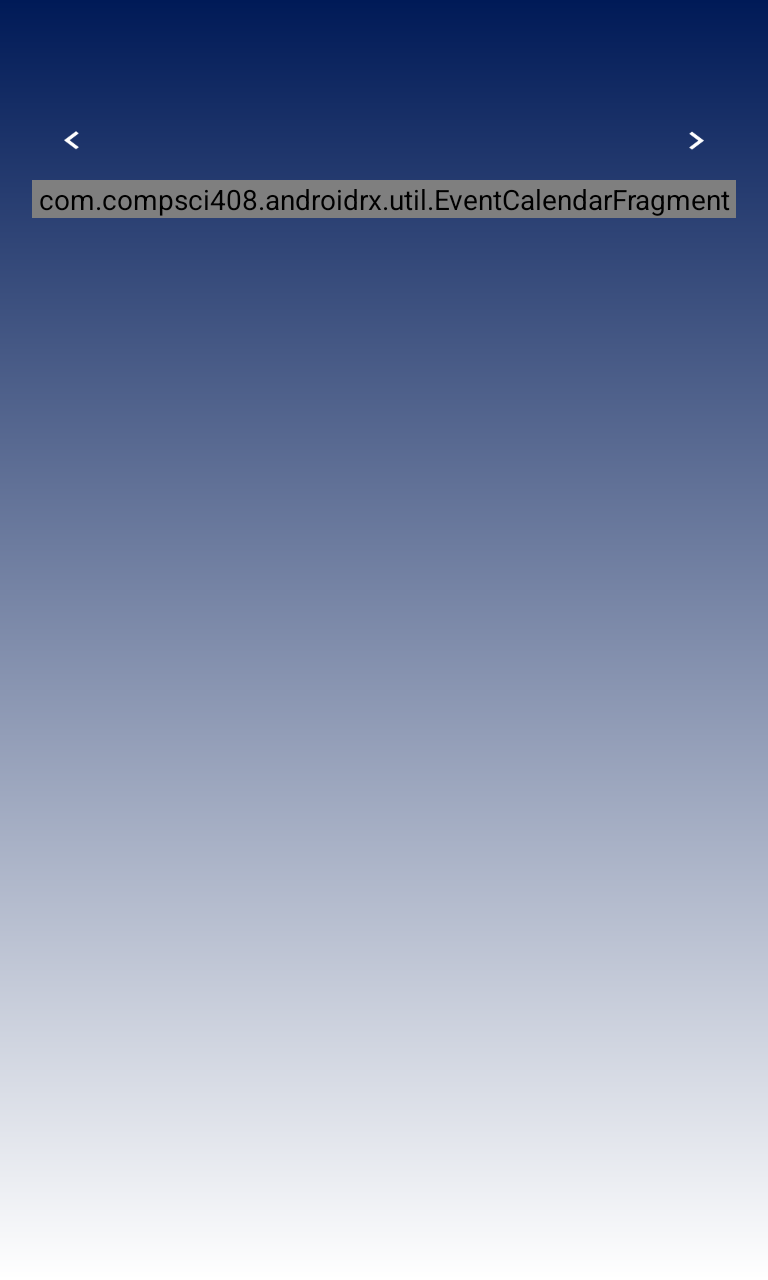
Repository: duke-compsci408-fall2014/GlassRx
Layout: AndroidRx/res/layout/activity_provider_medication.xml
These files come from the project's save history. The layout is drawn as it stood at one moment and after the next save; the edit follows.
Pictures or frames that could not be fetched are drawn as grey boxes. It is drawn on a 768 x 1280 px phone screen (xhdpi) without system bars, with theme AppTheme; the app's code is not run. The app's manifest (not shown) leaves right-to-left support off. So textAlignment, textDirection and layoutDirection are ignored, and left and right values win over start and end ones.

Above is the layout before, as saved 2014-12-08 22:31:26.

### AndroidRx/res/layout/activity_provider_medication.xml
<RelativeLayout xmlns:android="http://schemas.android.com/apk/res/android"
    xmlns:tools="http://schemas.android.com/tools"
    android:layout_width="match_parent"
    android:layout_height="match_parent"
    android:paddingBottom="@dimen/activity_vertical_margin"
    android:paddingLeft="@dimen/activity_horizontal_margin"
    android:paddingRight="@dimen/activity_horizontal_margin"
    android:paddingTop="@dimen/activity_vertical_margin"
    tools:context="com.compsci408.androidrx.provider.ProviderMedicationActivity"
    android:orientation="vertical" >

    <TextView
        android:id="@+id/textview_med_name"
        android:layout_width="wrap_content"
        android:layout_height="wrap_content"
        android:layout_alignParentLeft="true"
        android:layout_alignParentStart="true"
        android:textColor="@color/white"
        android:textAppearance="?android:attr/textAppearanceLarge"
        android:layout_marginBottom="10dp" />

    <TextView
        android:id="@+id/textview_calendar_header"
        android:layout_width="wrap_content"
        android:layout_height="wrap_content"
        android:layout_centerHorizontal="true"
        android:layout_below="@+id/textview_med_name"
        android:textColor="@color/white"
        android:textAppearance="?android:attr/textAppearanceMedium"
        android:layout_marginBottom="10dp" />

    <RelativeLayout
        android:id="@+id/layout_previous_month"
        android:layout_width="40dip"
        android:layout_height="30dip"
        android:layout_alignParentLeft="true"
        android:layout_alignParentStart="true"
        android:layout_below="@+id/textview_med_name" >

        <ImageView
            android:layout_width="wrap_content"
            android:layout_height="wrap_content"
            android:layout_centerInParent="true"
            android:contentDescription="@null"
            android:background="@drawable/ic_arrow_left" />
    </RelativeLayout>

<!--     <TextView
        android:id="@+id/title"
        android:layout_width="wrap_content"
        android:layout_height="wrap_content"
        android:layout_centerHorizontal="true"
        android:layout_marginTop="5dip"
        android:textColor="@color/white"
        android:textSize="18sp"
        android:textStyle="bold" /> -->

    <RelativeLayout
        android:id="@+id/layout_next_month"
        android:layout_width="40dip"
        android:layout_height="30dip"
        android:layout_alignParentRight="true"
        android:layout_alignParentEnd="true"
        android:layout_below="@+id/textview_med_name" >

        <ImageView
            android:layout_width="wrap_content"
            android:layout_height="wrap_content"
            android:layout_centerInParent="true"
            android:contentDescription="@null"
            android:background="@drawable/ic_arrow_right" />
    </RelativeLayout>

    <com.compsci408.androidrx.util.EventCalendarFragment
        android:id="@+id/gridview_calendar"
        android:layout_below="@+id/textview_calendar_header"
        android:layout_width="fill_parent"
        android:layout_height="wrap_content"
        android:layout_gravity="center_horizontal"
        android:listSelector="@android:color/transparent"
        android:numColumns="7"
        android:stretchMode="columnWidth" />

    <LinearLayout
        android:id="@+id/layout_day_events"
        android:layout_below="@+id/gridview_calendar"
        android:layout_width="match_parent"
        android:layout_marginLeft="5dp"
        android:layout_marginRight="5dp"
        android:layout_height="wrap_content"
        android:orientation="vertical">
    </LinearLayout>



</RelativeLayout>

### AndroidRx/res/drawable/gradient_background.xml
<?xml version="1.0" encoding="utf-8"?>
<shape xmlns:android="http://schemas.android.com/apk/res/android" >
    <gradient
            android:angle="90"
            android:endColor="@color/duke_blue"
            android:startColor="@color/white"
            android:type="linear" >
     </gradient>
</shape>

### AndroidRx/res/drawable/custom_listview.xml
<?xml version="1.0" encoding="utf-8"?>
<shape xmlns:android="http://schemas.android.com/apk/res/android" >

    <solid android:color="@color/light_gray"/>
    <stroke android:color="@color/dark_gray" android:width="2dp" />
    <corners
     	android:bottomRightRadius="2dp"
     	android:bottomLeftRadius="2dp"
  		android:topLeftRadius="2dp"
  		android:topRightRadius="2dp"/>
</shape>

### AndroidRx/res/values/colors.xml
<?xml version="1.0" encoding="utf-8"?>
<resources>

    <item name="black" type="color">#FF000000</item>
    <item name="white" type="color">#FFFFFFFF</item>
    <item name="duke_blue" type="color">#FF001A57</item>
    <item name="dark_gray" type="color">#FF666666</item>
    <item name="light_gray" type="color">#FFE5E5E5</item>
    <item name="red" type="color">#FFFF0000</item>

    <integer-array name="colors">
        <item>@color/black</item>
        <item>@color/white</item>
        <item>@color/duke_blue</item>
        <item>@color/dark_gray</item>
        <item>@color/light_gray</item>
        <item>@color/red</item>
    </integer-array>

</resources>

### AndroidRx/res/drawable/custom_spinner.xml
<?xml version="1.0" encoding="UTF-8"?>
<shape xmlns:android="http://schemas.android.com/apk/res/android" >
    <solid android:color="@color/white" />
    <stroke
        android:width="1dp"
        android:color="@color/dark_gray" />
</shape>

### AndroidRx/res/drawable/custom_edittext.xml
<?xml version="1.0" encoding="utf-8"?>
<shape xmlns:android="http://schemas.android.com/apk/res/android" >

    <solid android:color="@color/white"/>
    <stroke android:color="@color/dark_gray" android:width="2dp" />
    <corners
     	android:bottomRightRadius="2dp"
     	android:bottomLeftRadius="2dp"
  		android:topLeftRadius="2dp"
  		android:topRightRadius="2dp"/>
</shape>

### AndroidRx/res/drawable/custom_button.xml
<?xml version="1.0" encoding="utf-8"?>
<selector xmlns:android="http://schemas.android.com/apk/res/android" >
    <item android:state_selected="true" android:drawable="@drawable/custom_button_selected"/>
    <item android:state_pressed="true" android:drawable="@drawable/custom_button_pressed"/>
    <item android:drawable="@drawable/custom_button_default"/>
</selector>

### AndroidRx/res/drawable/custom_button_selected.xml
<?xml version="1.0" encoding="utf-8"?>
<shape xmlns:android="http://schemas.android.com/apk/res/android" >

    <solid android:color="#FF333333"/>
    <corners android:radius="2dp" />

</shape>

### AndroidRx/res/drawable/custom_button_pressed.xml
<?xml version="1.0" encoding="utf-8"?>
<shape xmlns:android="http://schemas.android.com/apk/res/android" >

    <solid android:color="#66666666"/>
    <corners android:radius="2dp" />

</shape>

### AndroidRx/res/drawable/custom_button_default.xml
<?xml version="1.0" encoding="utf-8"?>
<shape xmlns:android="http://schemas.android.com/apk/res/android" >

    <solid android:color="@color/dark_gray"/>
    <corners android:radius="2dp"/>

</shape>

Loaded but not shown: AndroidRx/res/values/styles.xml (common file); AndroidRx/res/values-v11/styles.xml (common file); AndroidRx/res/values-v14/styles.xml (common file); AndroidRx/res/values/dimens.xml (common file); AndroidRx/res/values-w820dp/dimens.xml (common file)

After the next save:
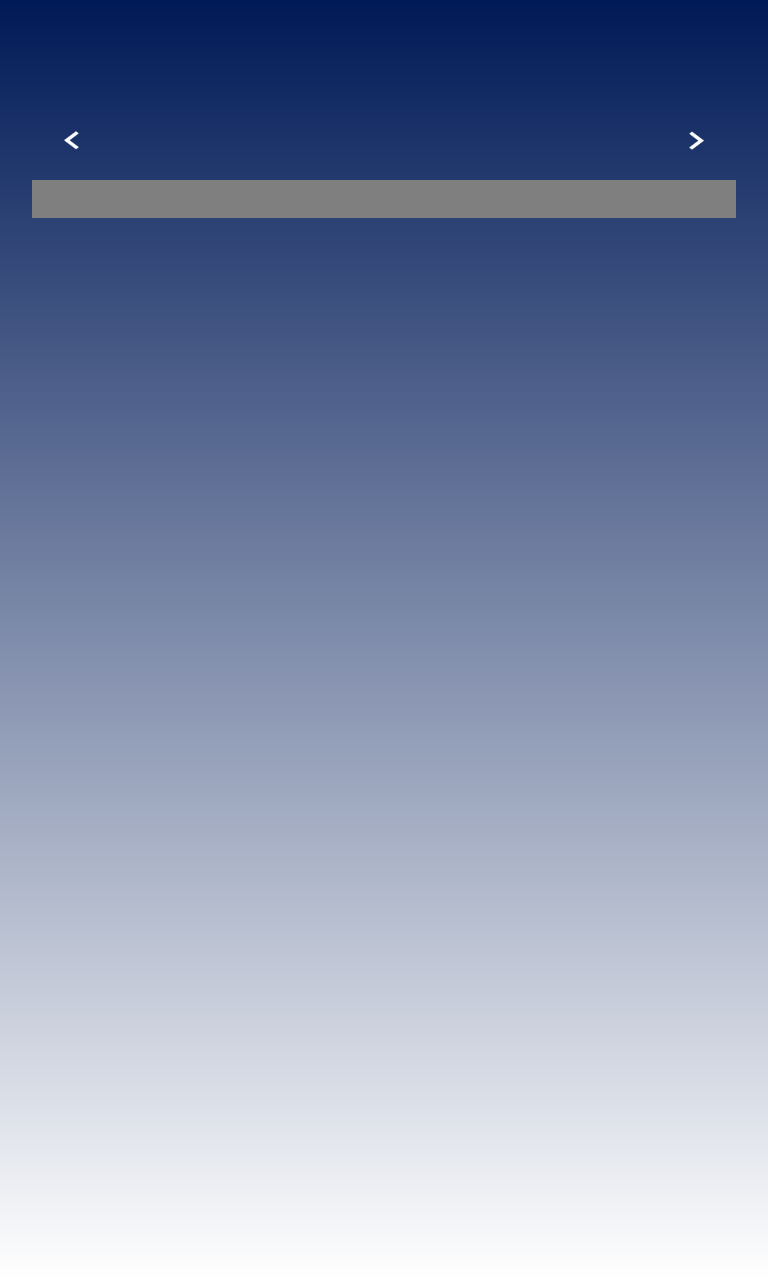
Saved 31 s later.
--- a/AndroidRx/res/layout/activity_provider_medication.xml
+++ b/AndroidRx/res/layout/activity_provider_medication.xml
@@ -71,7 +71,7 @@
             android:background="@drawable/ic_arrow_right" />
     </RelativeLayout>
 
-    <com.compsci408.androidrx.util.EventCalendarFragment
+    <fragment
         android:id="@+id/gridview_calendar"
         android:layout_below="@+id/textview_calendar_header"
         android:layout_width="fill_parent"
